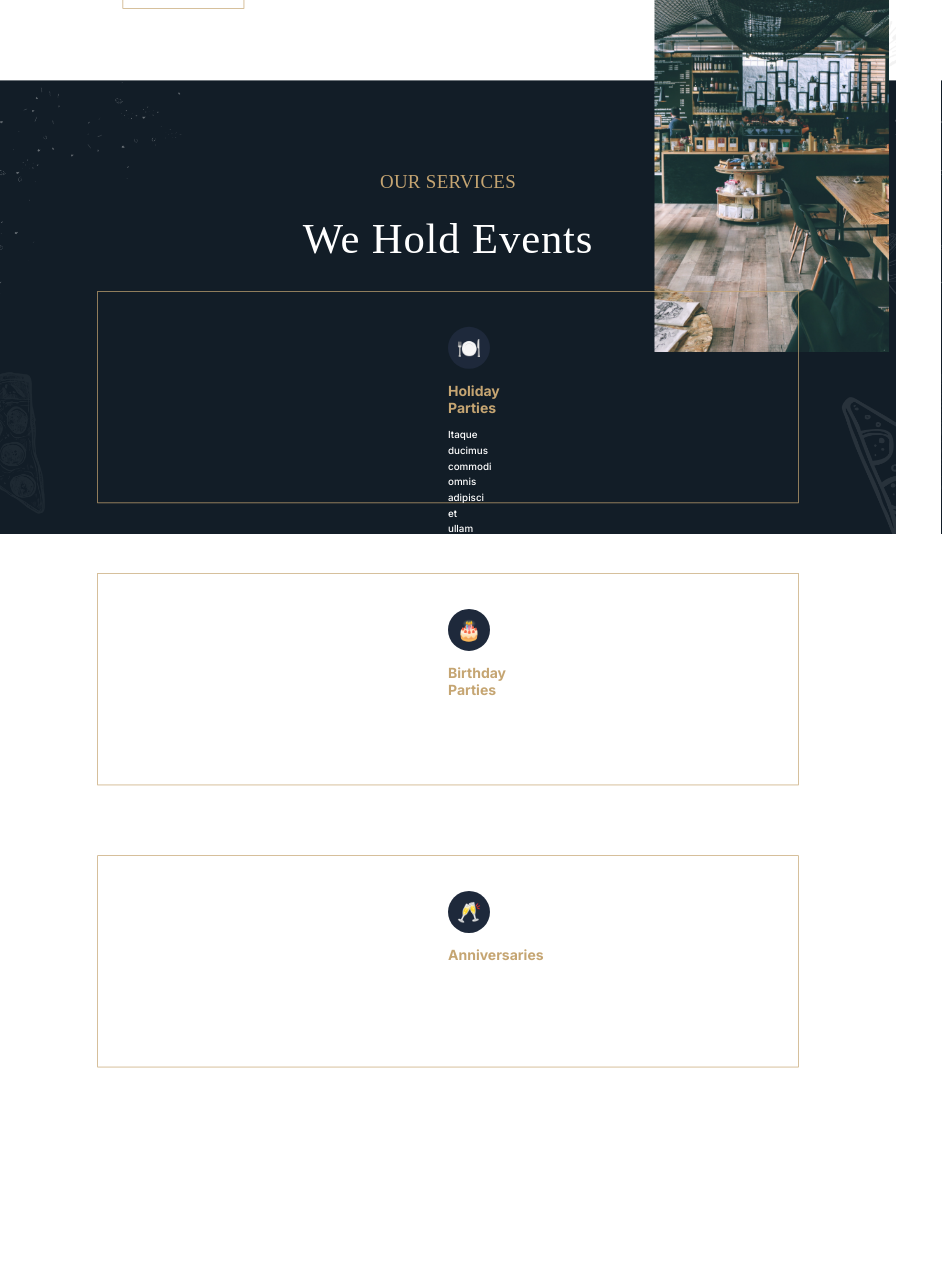
Repository: abhayzulasana/Online-Coffee-Shop
Page: index.html
These files come from the project's save history. The page is drawn as it stood at one moment and after the next save; the edit follows.
The browser window is 1280 px wide. The page is 1345 px wide, so the pictures cover 1345 px, including what lies to the right of the window. The pictures show the part of the page from y = 1307 to 3147 px (the page is 3147 px tall before and 2429 px after), at 70% of full size.

Above is the page before, as saved 2025-05-21 17:38:03.

### index.html
<!DOCTYPE html>
<html lang="en">
<head>
  <meta charset="UTF-8" />
  <meta name="viewport" content="width=device-width, initial-scale=1.0" />
  <title>Oneline Coffee Shop</title>
  <link rel="stylesheet" href="style.css" />
  <link rel="stylesheet" href="https://cdnjs.cloudflare.com/ajax/libs/font-awesome/4.7.0/css/font-awesome.min.css">

  <link rel="preconnect" href="https://fonts.googleapis.com" />
  <link rel="preconnect" href="https://fonts.gstatic.com" crossorigin />
  <link href="https://fonts.googleapis.com/css2?family=Great+Vibes&family=Inter:wght@300;500;700&display=swap" rel="stylesheet">
</head>
<body>
  <header class="top-bar">
    <div class="social-icons">
      <a href="#" class="fa fa-facebook"></a>
      <a href="#" class="fa fa-instagram"></a>
      <a href="#" class="fa fa-linkedin"></a>
      <a href="#" class="fa fa-twitter"></a>

    </div>
    <div class="contact-info">
      <i class="call"> 📞   Call us: (+1) 123 4567 890</i>
      <i class="fa fa-envelope">    Mail us: info@havnor.com</i>

    </div>
  </header>

  <nav class="navbar">
    <div class="logo">
      <img src="img/cafelogo.svg">
      <!-- <span>☕</span>
      <span class="logo-text">Oneline <small>Coffee Shop</small></span> -->
    </div>
    <ul class="nav-links">
      <li>Home</li>
      <li>Menu</li>
      <li>About Us</li>
      <li>Gallery</li>
      <li>Services</li>
      <li>Contact Us</li>
    </ul>
  </nav>

  <section class="hero">
    <div class="hero-content">
  <center>
      <h2>Welcome to Oneline</h2>
      <h1>Feel the Authentic & Taste From Us</h1>
      <img src="img/cafe.svg">

      <!-- <div class="divider">☕</div> -->
      <p>18 Years to Master, Yours to Savor</p>
      <button>Book A Table</button>
    </div>
  </center>
    <div class="scroll-number">
      <span>01</span>
      <span>┃</span>
      <span>03</span>
    </div>
  </section >

   <div class="over-story">
    <div class="over-story-content">
        <h1>ourstory</h1>
        <h2>A Brief History Of How We Started.</h2>
        <p>Iste sed saepe animi magnam voluptatibus voluptatibus natus quaerat. Sit sunt id rem. Doloribus et quam et tempora veritatis praesentium vero. Tempora repudiandae quia.Dicta dolorum neque illum sit quam nemo labore asperiores sed. Exercitationem voluptatem ut qui accusamus veniam. Fugit voluptatem dignissimos aperiam beatae labore esse.</p>
        <button>Book A Table</button>
    </div>
    <div class="our-img">
        <img  class="img1" src="img/ourstory1.png">
        <img class="img2" src="img/ourstory2.png">

      </div>
   </div>


   <div class="our-services">
      <div class="text-content">
        <p class="section-title">OUR SERVICES</p>
        <h1 >We Hold Events</h1>
      </div>

      <div class="cards-container">
        <div class="card">
          <div class="icon-circle">🍽️</div>
          <h3>Holiday Parties</h3>
          <p>
            Itaque ducimus commodi omnis adipisci et ullam in ut ut. Ab enim sed
            et porro expedita. Optio id cum officiis nemo omnis consequatur numquam
          </p>
        </div>
        <div class="card">
          <div class="icon-circle">🎂</div>
          <h3>Birthday Parties</h3>
          <p>
            Provident similique sed molestiae a. Praesentium minus maiores qui.
            Voluptas voluptatibus perferendis corrupti in reiciendis neque dolorem
          </p>
        </div>
        <div class="card">
          <div class="icon-circle">🥂</div>
          <h3>Anniversaries</h3>
          <p>
            Modi necessitatibus velit culpa. Animi est et eum quidem. Placeat atque
            tenetur delectus laborum. Et modi nihil. Voluptate necessitatibus atque
          </p>
        </div>
      </div>

   </div>
</body>
</html>

### style.css
/* Reset & Base */
* {
    margin: 0;
    padding: 0px;
    box-sizing: border-box;
  }

  body {
    font-family: 'Inter', sans-serif;
    color: white;
    /* margin-left:90px; */
    height: 100vh;
  }
  html {
    scroll-behavior: smooth;
    /*Adds smooth scrolling instead of snapping to element*/
  }

  /* Top Bar */
  .top-bar {
    top: 0px;
    width: 100%;
    height: 50px;
    background-color: #000;
    color: white;
    display: flex;
    justify-content: space-between;
    padding: 10px 30px;
    font-size: 14px;

  }

  .social-icons a {
    margin-top:7px;
    width:40px;
    height: 17px;

    /* margin-right: 10px; */
    color: white;
    /* margin-left: 0px; */
    /* gap: 10px; */
  }
  .fa-facebook{
    margin-left: 140px;
  }
  .contact-info{
      display: flex;
      gap: 40px;
      margin-right: 320px;
      font-family: 'Inter', sans-serif;

      align-items: center;

  }
  .call{
      /* gap: 70px; */
      font-family: 'Inter', sans-serif;

      /* font: normal normal medium 16px/19px Montserrat; */
      width: 209px;
  }
  .fa-envelope{
    width: 209px;
    font-family: 'Inter', sans-serif;

  }

  /* Navbar */
  .navbar {
    top: 47px;
    margin-left: 0px;
    width: 100%;
    height: 104px;
    background-color: #0c1a28;
    display: flex;
    justify-content: space-between;
    text-align: left;
    /* align-items: center; */
    padding: 15px 50px;
  }

  .logo {
    display: flex;
    align-items: center;
    font-size: 70px;
    /* color: #C5A572; */
  }
.logo img{
  margin-left: 137px;
}
  /* .logo span{
    margin-left: 50px;
    color: #C5A572;
  } */
  .logo-text {
    top: 81px;
    width: 92px;
    height: px;
    color: #C5A572;
    font-family: 'Great Vibes', cursive;
    margin-left: 210px;
    font-size: 45px;
  }

  .logo-text small {
    display: block;
    font-size: 12px;
    font-family: 'Inter', sans-serif;
  }

  .nav-links {
    /* margin-left: 57px; */
    margin-right: 290px;
    margin-top: 23px;
    height: 24px;
    list-style: none;
    display: flex;
    gap: 70px;
    /* text-align: left; */
    font: normal normal normal 20px/24px Montserrat;
    color: #FFFFFF;
    opacity: 1;
  }

  .nav-links li {
    cursor: pointer;
  }

  /* Hero Section */
  .hero {
    top: 151px;
    left: 0px;
    width: 100%;
    height: 100px;
    display: flex;
    justify-content: space-between;
    align-items: center;
    height: calc(100vh - 100px);
    padding: 0 50px;
    background: url('img/bgcafe.png');
  background-repeat: no-repeat;
  background-size: cover;
  background-position: center;
  }

  .hero-content {
    top: 398px;
    margin-left: 427px;
    width: 857px;
    height: 317px;
    max-width: 50%;
  }

  .hero-content h2 {
    /* text-align: left; */
    font: normal normal normal 60px/75px Great Vibes;
    letter-spacing: 1.2px;
    color: #C5A572;

  }

  .hero-content h1 {
    font: normal normal normal ;
    font-family:Bellefair;
    font-size: 49px;
    letter-spacing: 1.6px;

    /* margin-bottom: 20px; */
  }

  .divider {
    font-size: 20px;
    color: #d4af37;
    margin-bottom: 10px;
  }

  .hero-content p {
    margin-bottom: 30px;
    font-weight: 300;
  }

  .hero-content button {
    padding: 10px 25px;
    font-size: 16px;
    background-color: transparent;
    border: 2px solid white;
    color: white;
    cursor: pointer;
    transition: 0.3s;
  }

  .hero-content button:hover {
    background-color: white;
    color: #000;
  }

  .scroll-number {
    text-align: center;
    font-size: 18px;
    line-height: 1.8;
  }
/* over story */
.over-story{
  height: 90vh;
  width: 100%;
  color: #000;
  display: flex;
  background: url('img/ourstorybg2.png') right bottom no-repeat;
  /* background-repeat: no-repeat; */
  /* background-size: cover; */
  /* background-position: center; */

}
.over-story-content h1{
      display: flex;
  font-size: 25px;
  margin-left: 175px;
  margin-top: 150px;
  width: 133px;
  height: 27px;
  text-align: left;
  font-family:'Montserrat';
  letter-spacing: 0.38px;
  color: #C5A572;
  text-transform: uppercase;
}
.over-story-content h2{
    font-family: 'Bellefair';
    font-size: 40px;
    margin-left: 175px;
    margin-top: 25px;
    width: 700px;
    height: 51px;
    text-transform: capitalize;
opacity: 1;
}
.over-story-content p{
  font-family: 'Montserrat';
  font-size: 20px;
  margin-left: 175px;
  margin-top: 25px;
  width: 632px;
  /* height: 51px; */
  letter-spacing: 1px;
}

.over-story-content button{
  margin-top: 60px;
  margin-left: 175px;
  font-family:'Montserrat';
  font-size: 20px;
  background-color: transparent;
  color: #C5A572;
  cursor: pointer;
  transition: 0.3s;
  border: 1px solid #C5A572;
  width: 174px;
  height: 55px;
}
.over-story-content button:hover {
  background-color: white;
  color: #421f1f;
}
/* .our-img{
  height:700px;
} */
.img1{
  margin-top: 5px;
  margin-left: 80px;
  width: 390px;
  height: 400px;
}
.img2{
  margin-top: 80px;
  margin-left: 60px;
  /* width: 335px;
  height: 547px; */
}

/* our services */
.our-services{
  height: 90vh;
  background: url('img/ourserviceimg.png');
  /* background-repeat: no-repeat; */
  background-size: cover;
  background-position: center;
  text-align: center;
  padding: 130px 20px;
}

.section-title{
  color:#C5A572;
  font-size: 27px;
  letter-spacing: 0.44px;
  font-family:Montserrat;
}
h1{
    font-size: 61px;
  font-weight: 500;
  margin: 30px 0 40px;
  letter-spacing: 1.2px;
  font-family: Bellefair;
}

.cards-container {
  display: flex;
  flex-wrap: wrap;
  justify-content: center;
  gap: 100px;
}

.card {
  background-color: transparent;
  padding: 50px 500px;
  width: 456px;
  height: 303px;
  border: 0.20000000298023224px solid #C5A572;
}

.card h3 {
  font-size: 20px;
  color: #C5A572;
  margin: 20px 0 15px;
}

.card p {
  font-size: 14px;
  line-height: 1.6;

}

.icon-circle {
  background-color: #1e293b;
  color: #facc15;
  width: 60px;
  height: 60px;
  margin: 0 auto;
  border-radius: 50%;
  font-size: 28px;
  display: flex;
  align-items: center;
  justify-content: center;
}

After the next save:
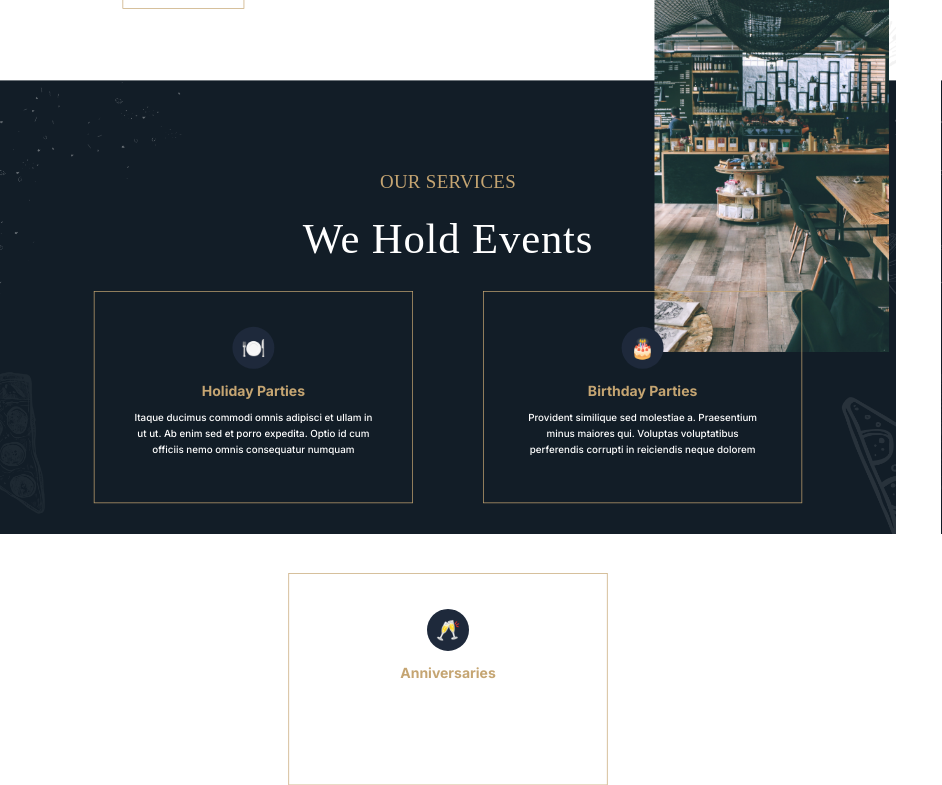
Saved 13 s later.
--- a/style.css
+++ b/style.css
@@ -311,7 +311,7 @@ h1{
 
 .card {
   background-color: transparent;
-  padding: 50px 500px;
+  padding: 50px 50px;
   width: 456px;
   height: 303px;
   border: 0.20000000298023224px solid #C5A572;
